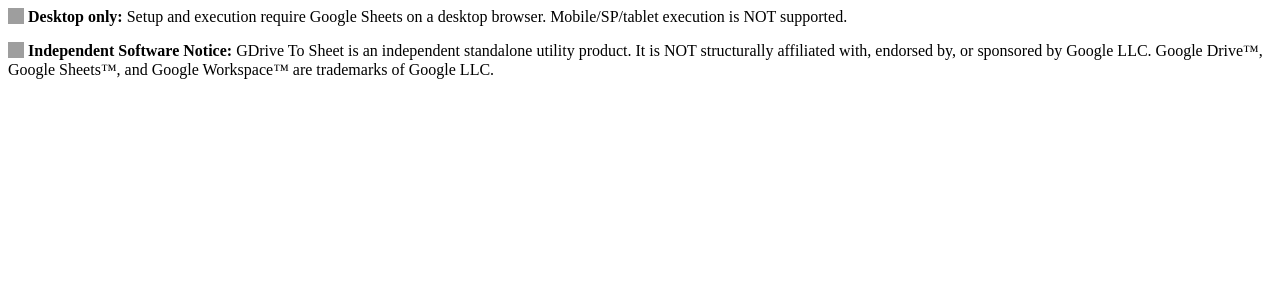
Repository: toishitool/gdrive-to-sheet
Page: notice.html
An editor plug-in stored every save of this project. The page is shown before and after the next save, followed by the edit.
The browser window is 1280 px wide. The pictures show the whole page.
Pictures or frames that could not be fetched are drawn as grey boxes.

Above is the page before, as saved 2026-06-24 20:31:06.

### notice.html

<div class="notice-block">
  <p> <img src="https://cdn.jsdelivr.net/gh/twitter/twemoji@14.0.2/assets/72x72/1f4bb.png" alt="💻" style="width: 1em; height: 1em; vertical-align: -0.1em;">
     <strong>Desktop only:</strong> Setup and execution require Google Sheets on a desktop browser. Mobile/SP/tablet execution is NOT supported. </p>
    <p><img src="https://fonts.gstatic.com/s/e/notoemoji/latest/1f54a/emoji.svg" alt="🕊️" style="width: 1em; height: 1em; vertical-align: -0.1em;">
      <strong>Independent Software Notice:</strong> GDrive To Sheet is an independent standalone utility
      product. It is NOT structurally affiliated with, endorsed by, or sponsored by Google LLC. Google Drive™, Google
      Sheets™, and Google Workspace™ are trademarks of Google LLC.</p>
  </div>

After the next save:
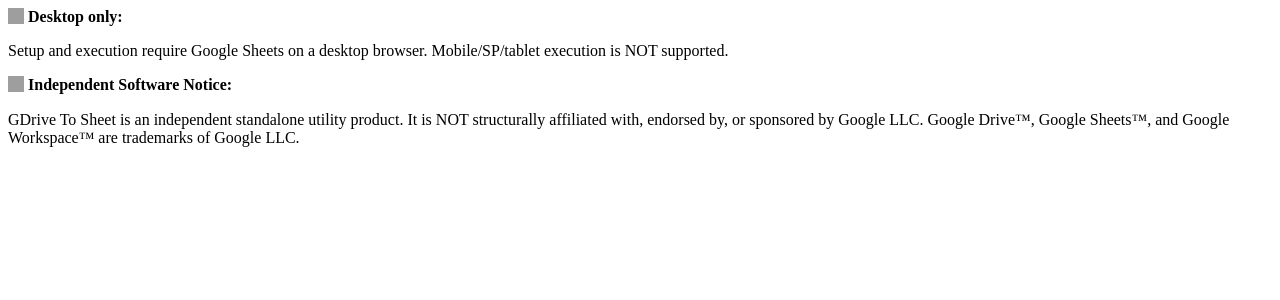
Saved 56 s later.
--- a/notice.html
+++ b/notice.html
@@ -1,9 +1,9 @@
 
 <div class="notice-block">
   <p> <img src="https://cdn.jsdelivr.net/gh/twitter/twemoji@14.0.2/assets/72x72/1f4bb.png" alt="💻" style="width: 1em; height: 1em; vertical-align: -0.1em;">
-     <strong>Desktop only:</strong> Setup and execution require Google Sheets on a desktop browser. Mobile/SP/tablet execution is NOT supported. </p>
+     <strong>Desktop only:</strong> </p><p>Setup and execution require Google Sheets on a desktop browser. Mobile/SP/tablet execution is NOT supported. </p>
     <p><img src="https://fonts.gstatic.com/s/e/notoemoji/latest/1f54a/emoji.svg" alt="🕊️" style="width: 1em; height: 1em; vertical-align: -0.1em;">
-      <strong>Independent Software Notice:</strong> GDrive To Sheet is an independent standalone utility
+      <strong>Independent Software Notice:</strong> </p><p></p>GDrive To Sheet is an independent standalone utility
       product. It is NOT structurally affiliated with, endorsed by, or sponsored by Google LLC. Google Drive™, Google
       Sheets™, and Google Workspace™ are trademarks of Google LLC.</p>
   </div>
